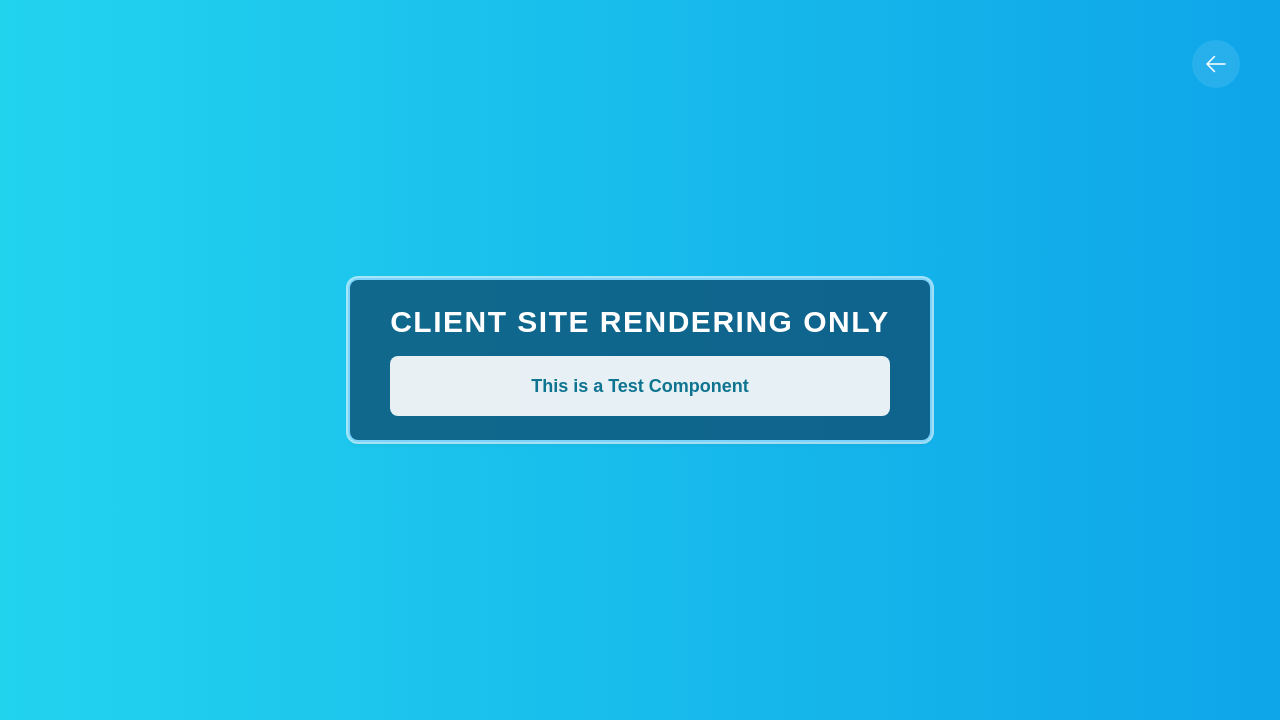
Repository: Marcus20119/Study_nextjs
Page: /CSR/CSROnly
The author's editor kept a copy of each file at every save. The page is drawn from the files as they stood at one save, then again after the next save.
The browser window is 1280 px wide. The pictures show the whole page.
The project was rebuilt for these pictures with package versions that can differ from the ones it lists, and the page was loaded fresh each time. The framework's server and built-in components were replaced by stand-ins that run in the browser. Also part of the build but not shown: next.config.js.

Above is the page before, as saved 2023-04-06 13:27:42.

After the next save:
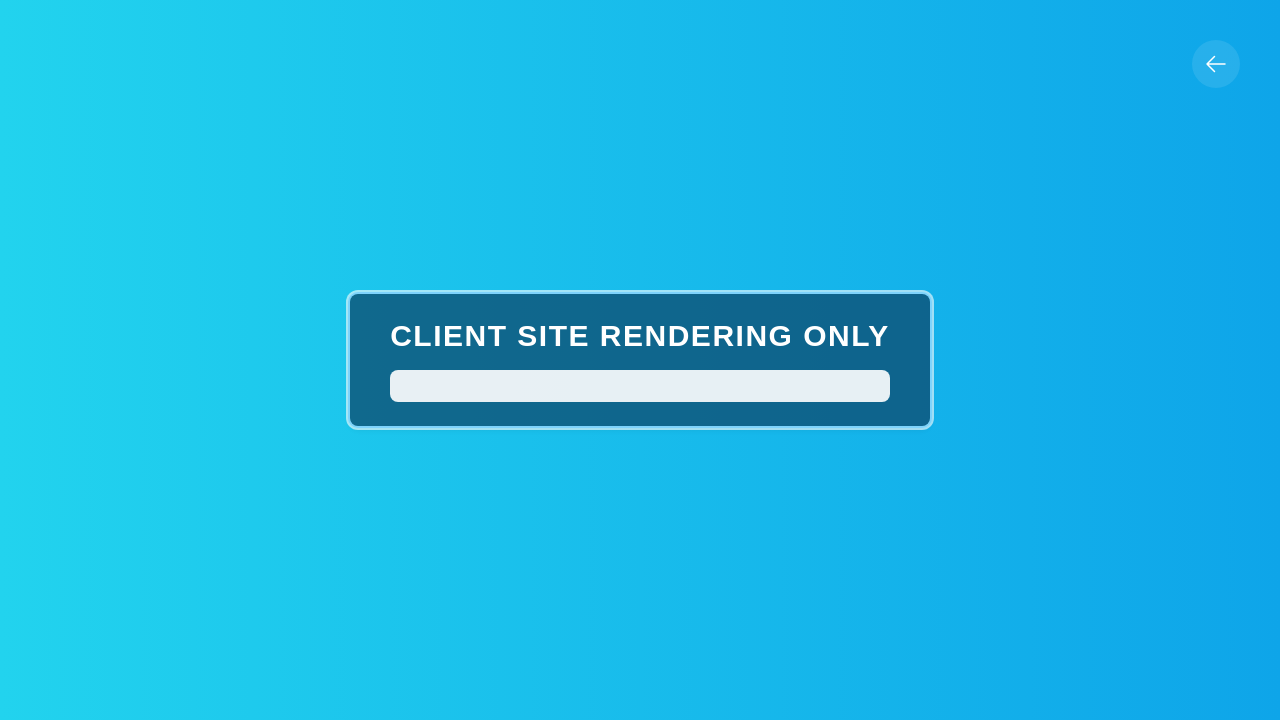
Saved 27 s later.
--- a/components/TestComponent.tsx
+++ b/components/TestComponent.tsx
@@ -1,9 +1,11 @@
-interface ITestComponent {}
+interface ITestComponent {
+  text: string;
+}
 
-const TestComponent: React.FC<ITestComponent> = ({}) => {
+const TestComponent: React.FC<ITestComponent> = ({ text }) => {
   return (
     <div className="flex justify-center items-center rounded-lg py-4 px-3 text-lg font-bold bg-white/90 text-cyan-700">
-      This is a Test Component
+      {text}
     </div>
   );
 };
